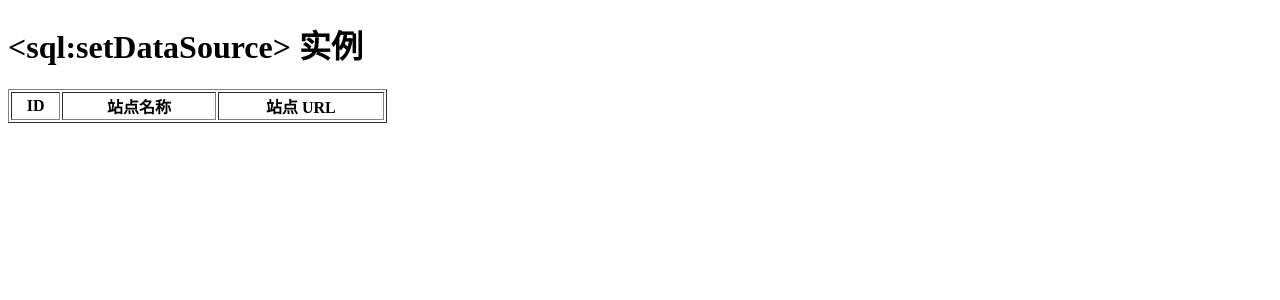
Repository: eterinfi/java
Page: http://localhost/JSPDemo/JSTLDemo/sql/sql_setDataSource.jsp
An editor plug-in stored every save of this project. The page is shown before and after the next save, followed by the edit.
The browser window is 1280 px wide. The pictures show the whole page.
The page is served by Tomcat 9. Nobody is signed in. The application's start-up code is not run. Queries for data that is not in the repository find no rows.

Above is the page before, as saved 2016-11-16 13:44:08.

After the next save:
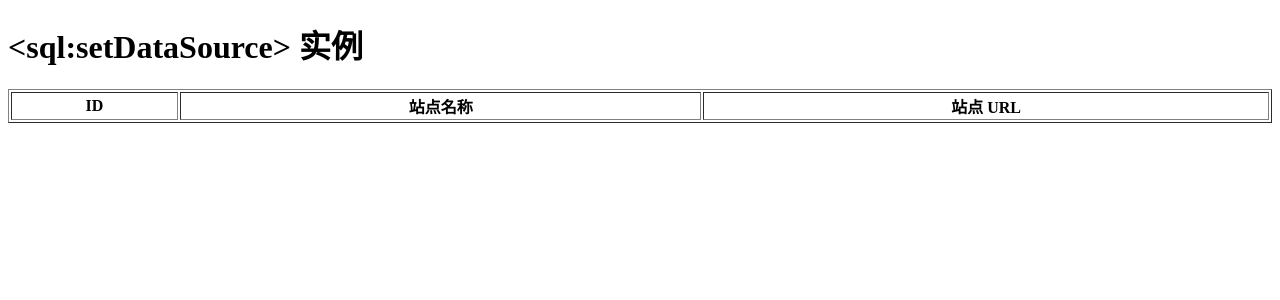
Saved 5 min 49 s later.
--- a/jee/JSPDemo/WebContent/JSTLDemo/sql/sql_setDataSource.jsp
+++ b/jee/JSPDemo/WebContent/JSTLDemo/sql/sql_setDataSource.jsp
@@ -14,7 +14,7 @@
                      url="jdbc:mysql://localhost:3306/test"
                      user="root" password="" />
   <sql:query dataSource="${snapshot}" sql="SELECT id, name, url FROM websites" var="result" />
-  <table border="1" width="30%">
+  <table border="1" width="100%">
     <tr>
       <th>ID</th>
       <th>站点名称</th>
